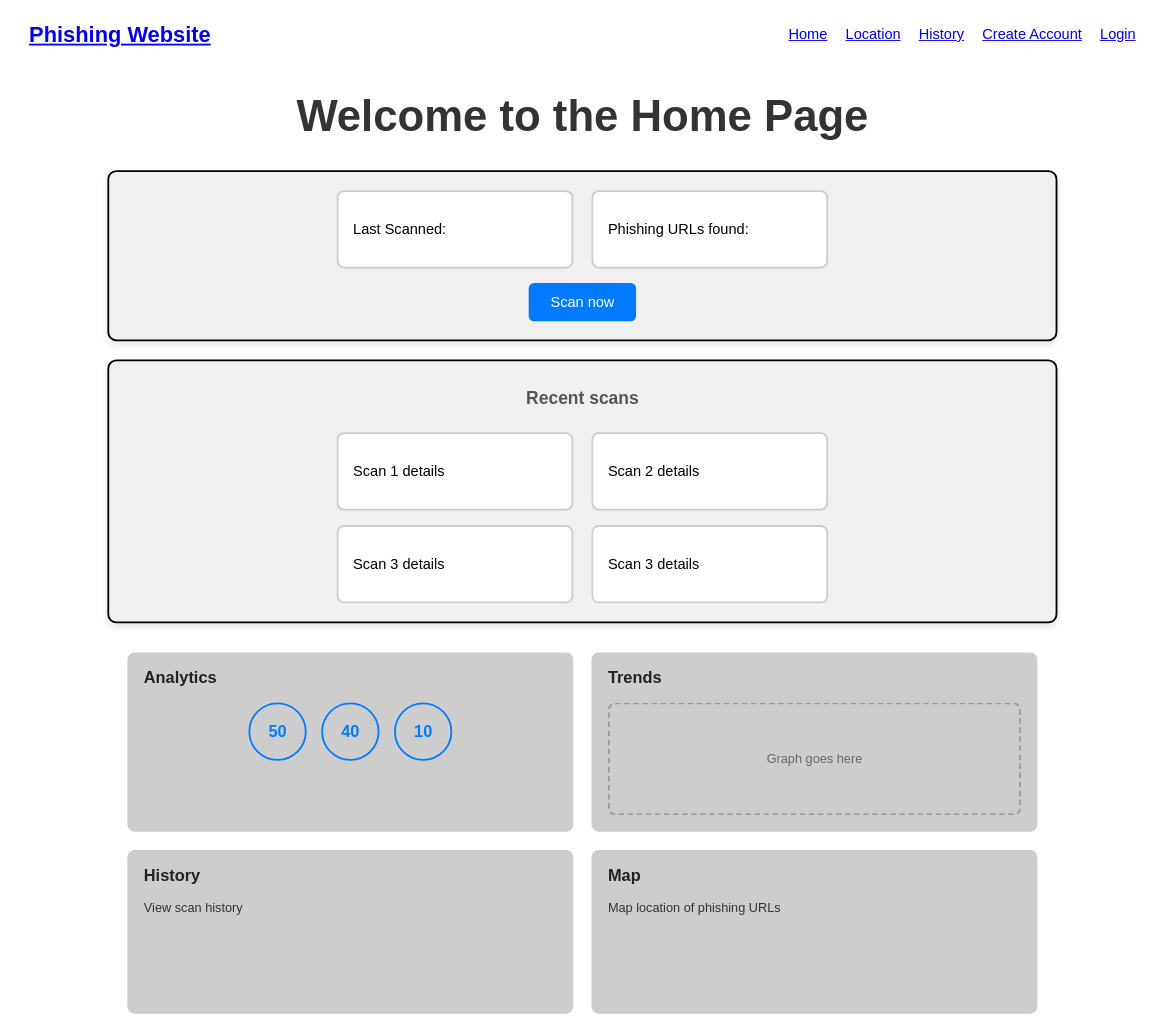
Repository: 2305199/Final-year-project
Page: / (app in frontend/)
The author's editor kept a copy of each file at every save. The page is drawn from the files as they stood at one save, then again after the next save.
The browser window is 1280 px wide. The pictures show the whole page, at 91% of full size.
The project was rebuilt for these pictures with package versions that can differ from the ones it lists, and the page was loaded fresh each time. Also part of the build but not shown: frontend/vite.config.js, frontend/src/Location/Location.jsx, frontend/src/History/History.jsx, frontend/src/User/CreateAccount.jsx, frontend/src/User/Login.jsx.

Above is the page before, as saved 2026-01-29 02:26:33.

After the next save:
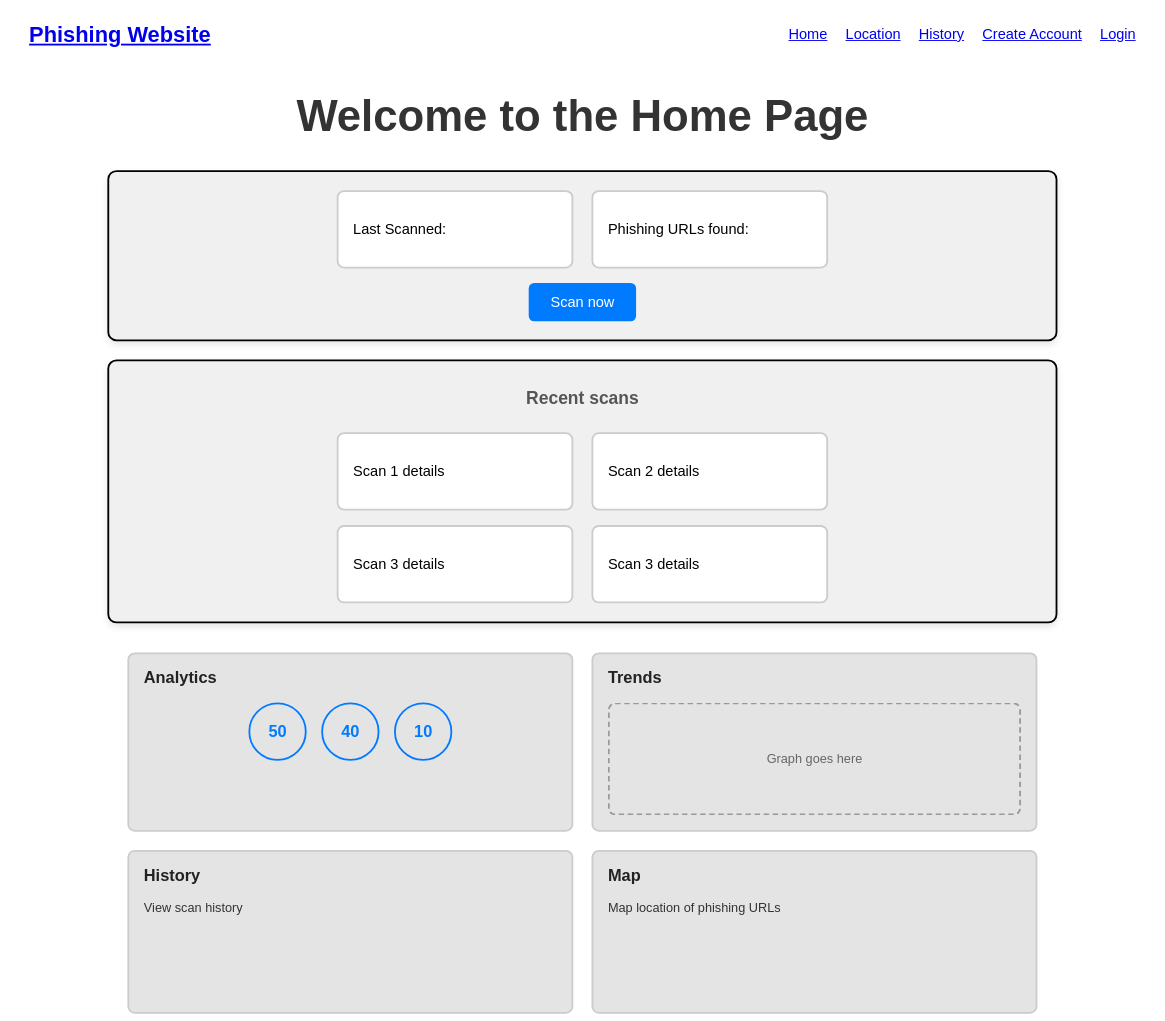
Saved 14 s later.
--- a/frontend/src/Home/Home.module.css
+++ b/frontend/src/Home/Home.module.css
@@ -100,7 +100,7 @@
 .panel {
   border: 2px solid #ccc;
   border-radius: 8px;
-  background-color: #cdcdcd;
+  background-color: #e4e4e4;
   padding: 16px;
   min-height: 180px;
   box-sizing: border-box;
